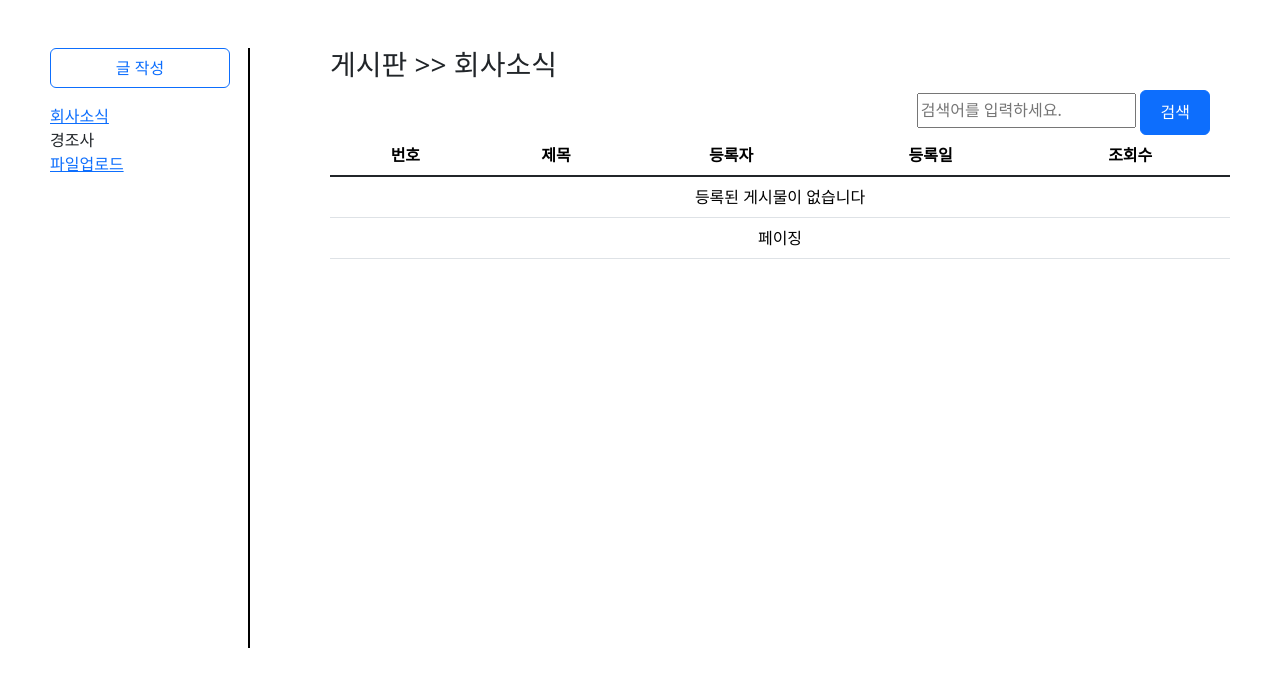
Repository: KimDongGyuu/final
Page: http://localhost/aceworks/WEB-INF/views/company_news/company_news_Search.jsp
An editor plug-in stored every save of this project. The page is shown before and after the next save, followed by the edit.
The browser window is 1280 px wide. The pictures show the whole page.
The page is served by Tomcat 9. Nobody is signed in. The template is opened directly, without the code that normally fills it, so the values that code supplies are empty.

Above is the page before, as saved 2024-03-17 04:32:06.

After the next save:
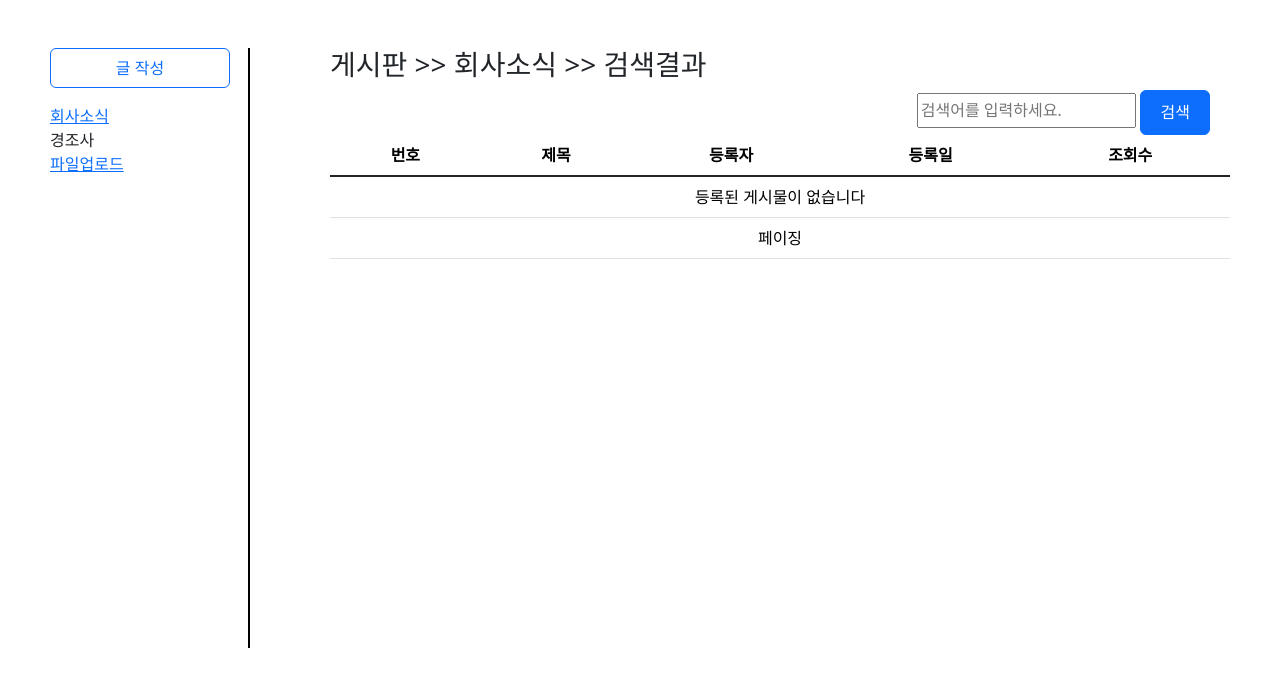
Saved 17 s later.
--- a/aceworks/src/main/webapp/WEB-INF/views/company_news/company_news_Search.jsp
+++ b/aceworks/src/main/webapp/WEB-INF/views/company_news/company_news_Search.jsp
@@ -45,7 +45,7 @@ h3 {
 <div class="mt-3"><a href="company_news_List.do">회사소식</a> <br> 경조사 <br><a href="fileUploadForm.do">파일업로드</a></div>
 		</div>
 		<div id="right">
-		<div class="mt-5 mb-2"><span class="h3">게시판 &gt;&gt; 회사소식</span></div>
+		<div class="mt-5 mb-2"><span class="h3">게시판 &gt;&gt; 회사소식 &gt;&gt; 검색결과</span></div>
 
 <div class="mt-2 d-flex gap-2 justify-content-end">
     <form action="company_newsSearch.do">
